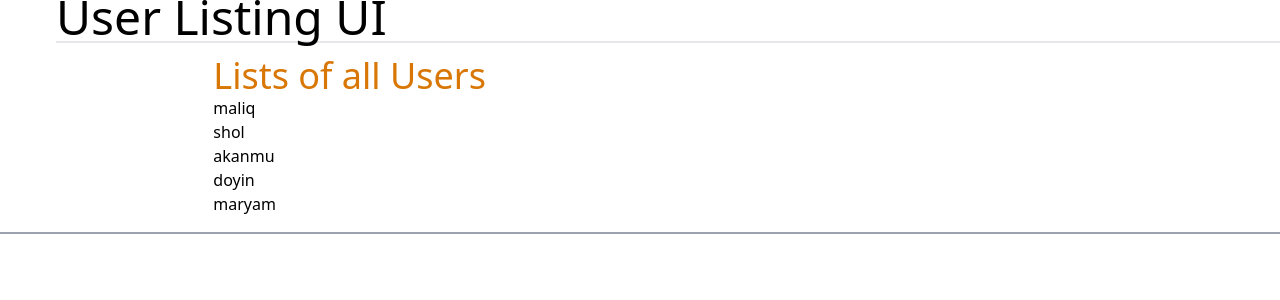
Repository: Marlstergo/listings
Page: / (app in client/)
These files come from the project's save history. The page is drawn as it stood at one moment and after the next save; the edit follows.
The browser window is 1280 px wide. The pictures show the whole page.
The project was rebuilt for these pictures with package versions that can differ from the ones it lists, and the page was loaded fresh each time. Also part of the build but not shown: client/craco.config.js, client/src/components/Loader.js, client/src/components/Order.js, client/src/components/Modal.js. Imported but missing from the stored project, and not drawn on this page: client/src/components/Base, client/src/components/Toppings.

Above is the page before, as saved 2021-07-20 23:37:48.

### client/src/index.js
/* eslint-disable no-unused-vars */
import React from "react";
import ReactDOM from "react-dom";
import "./index.css";
import App from "./App";
import reportWebVitals from "./reportWebVitals";
import { BrowserRouter } from "react-router-dom";
import { Provider } from "react-redux";
import { store } from "./redux/store";
import { PersistGate } from "redux-persist/integration/react";
import { persistor } from "./redux/store";

ReactDOM.render(
  <React.StrictMode>
    <Provider store={store}>
      <BrowserRouter>
        <PersistGate persistor={persistor}>
          <App />
        </PersistGate>
      </BrowserRouter>
    </Provider>
  </React.StrictMode>,
  document.getElementById("root")
);

// If you want to start measuring performance in your app, pass a function
// to log results (for example: reportWebVitals(console.log))
// or send to an analytics endpoint. Learn more: https://bit.ly/CRA-vitals
reportWebVitals();

### client/src/App.js
import React, { useState } from 'react';
import { Route, Switch, useLocation } from "react-router-dom";
import Header from './components/Header';
import Home from './components/Home';
import Base from './components/Base';
import Toppings from './components/Toppings';
import Order from './components/Order';
import Modal from './components/Modal';
import { AnimatePresence } from 'framer-motion';

function App() {
  const location = useLocation();
  const showModal = true;

  return (
    <>
      <Header />
      {/* <Modal showModal={showModal} /> */}
      <AnimatePresence exitBeforeEnter>
        <Switch location={location} key={location.key}>
          <Route path="/">
            <Home />
          </Route>
          <Route path="/createUpdateUser">
            <Toppings />
          </Route>
          <Route path="/order">
            <Order />
          </Route>
          <Route path="/">
            <Home />
          </Route>
        </Switch>
      </AnimatePresence>

    </>
  );
}

export default App;

### client/src/redux/store.js
import { createStore, applyMiddleware } from "redux";
import { logger } from 'redux-logger';
import {persistStore} from 'redux-persist';
// import thunk from 'redux-thunk'
import createSagaMiddleware from 'redux-saga'

import rootSaga from './root-sagas'

import rootReducer from './root-reducer';

const sagaMiddleware = createSagaMiddleware()

const middleware = [sagaMiddleware];

if( process.env.NODE_ENV === 'development'){
    middleware.push(logger)
}

export const store = createStore(rootReducer, applyMiddleware(...middleware))

sagaMiddleware.run(rootSaga)

export const persistor = persistStore(store)

export default (store, persistor);

### client/src/components/Header.js
import React from 'react';
import { motion } from 'framer-motion';

const svgVariants = {
  hidden: { rotate: -180 },
  visible: {
    rotate: 0,
    transition: { duration : 1 }
  },
}

const pathVariants = {
  hidden: {
    opacity: 0,
    pathLength: 0,
  },
  visible: {
    opacity: 1,
    pathLength: 1,
    transition: {
      duration: 2,
      ease: "easeInOut",
    }
  }
};


const Header = () => {
  return (
    <header className='flex p-[40px]  items-center'>
      <motion.div className="logo"
        drag
        dragConstraints={{ left: 0, top: 0, right: 0, bottom: 0 }}
        dragElastic={0.7}
      >
        <motion.svg className="w-14 overflow-visible" xmlns="http://www.w3.org/2000/svg" viewBox="0 0 100 100"
          variants={svgVariants}
          initial="hidden"
          animate="visible"
        >
          <motion.path
            fill="none"
            d="M40 40 L80 40 C80 40 80 80 40 80 C40 80 0 80 0 40 C0 40 0 0 40 0Z"
            variants={pathVariants}
          />
          <motion.path
            fill="none"
            d="M50 30 L50 -10 C50 -10 90 -10 90 30 Z"
            variants={pathVariants}
          />
        </motion.svg>
      </motion.div>
      <motion.div className=" flex-grow ml-[20px] text-xs"
        initial={{ y: -250}}
        animate={{ y: -10 }}
        transition={{ delay: 0.2, type: 'spring', stiffness: 120 }}
      >
        <h1 className="border-b-2 pb-[10px] text-5xl">User Listing UI</h1>
      </motion.div>
    </header>
  )
}

export default Header;

### client/src/components/Home.js
import React from "react";
import { Link } from "react-router-dom";
import { motion } from "framer-motion";
import Loader from "./Loader";



const containerVariants = {
  hidden: {
    opacity: 0,
  },
  visible: {
    opacity: 1,
    transition: { delay: 1.5, duration: 1.5 },
  },
  exit: {
    x: "-100vh",
    transition: { ease: "easeInOut" },
  },
};
const users = ["maliq", "shol", "akanmu", "doyin", "maryam"];
const Home = () => {
  return (
    <motion.div
      className="  pb-4 mb-4 border-b-2 border-gray-400 flex flex-col items-center"
      variants={containerVariants}
      initial="hidden"
      animate="visible"
      exit="exit"
    >
      <div className="w-2/3 ">
        <h1 className="text-yellow-600 text-4xl">Lists of all Users</h1>
        <ul className="pl-[15px]">
          {users.map(
            (user , idx) => (
              <li key={idx}>{user}</li>
            )
          )}

        </ul>
        {/* <table className="min-w-full divide-y divide-gray-200">
          <thead>
            <tr>
              <th className="px-6 py-3 bg-gray-50 text-left text-xs font-medium text-gray-500 uppercase tracking-wider">
                Transaction
              </th>
              <th className="px-6 py-3 bg-gray-50 text-right text-xs font-medium text-gray-500 uppercase tracking-wider">
                Amount
              </th>
              <th className="hidden px-6 py-3 bg-gray-50 text-left text-xs font-medium text-gray-500 uppercase tracking-wider md:block">
                Status
              </th>
              <th className="px-6 py-3 bg-gray-50 text-right text-xs font-medium text-gray-500 uppercase tracking-wider">
                Date
              </th>
            </tr>
          </thead>
        </table> */}
      </div>
    </motion.div>
  );
};

export default Home;

### client/src/redux/root-sagas.js
import {all, call} from 'redux-saga/effects'
import {userSagas} from './user/user.sagas'


export default function* rootSaga(){
    yield all([
        call(userSagas),
    ])
}

### client/src/redux/root-reducer.js
import {combineReducers} from 'redux'
import userReducer from './user/user.reducer'
// import cartReducer from './cart/cart.reducer'
import {persistReducer} from 'redux-persist'
import storage from 'redux-persist/lib/storage'
// import directoryReducer from './directory/directory.reducer'
// import shopReducer from './shop/shop.reducer'

const persistConfig ={
    key: 'root',
    storage,
    whitelist: ['' ]
}
const rootReducer = combineReducers({
    user: userReducer,

})
export default persistReducer(persistConfig, rootReducer)

### client/src/redux/user/user.sagas.js
import { all, call, put, takeLatest } from "redux-saga/effects";

import UserActionTypes from "./user.types";
import { loadUserDetail } from "./user.action";
// import axios from "axios";
// import { getUserDetailsURL } from "../../components/stringConstants";

export function* getDetails() {
  yield console.log("i fired");

  // try {
  //   console.log("inside try");

  //   const res = yield axios.get(getUserDetailsURL);
  //   const data = yield res.data;
  //   console.log(res);
  //   yield put(loadUserDetail(data ? data.data[0] : {}));
  // } catch (err) {
  //   console.log(err.response);
  //   if (err.response && err.response.statusText === "Not Found") {
  //     // console.log("");
  //     window.location.href = "/profile/settings?newUser=0837";
  //   }
  // }
}

export function* getUserDetails() {
  yield takeLatest(UserActionTypes.GET_USER_DETAIL, getDetails);
}
// export function* loadUserDetails(){
//     yield takeLatest(UserActionTypes.LOAD_USER_DETAIL, loadDetails)
// }

export function* userSagas() {
  yield all([call(getUserDetails)]);
}

### client/src/redux/user/user.reducer.js
import UserActionTypes from "./user.types";
const INITIAL_STATE = {
  // currentUser: null,
  userDetail: {},
  demo: 'i am demo',
  location: null

};
const userReducer = (state = INITIAL_STATE, action) => {
  switch (action.type) {

    case UserActionTypes.LOAD_USER_DETAIL:
      return {
        ...state,
        userDetail: action.payload,
      };

    case UserActionTypes.COLLECT_GEOLOCATION:
      return {
        ...state,
        location: action.payload
      }
    default:
      return state;
  }
};

export default userReducer;

### client/src/redux/user/user.types.js
const UserActionTypes ={
    GOOGLE_SIGN_IN_START : 'GOOGLE_SIGN_IN_START',
    SIGN_IN_SUCCESS : 'SIGN_IN_SUCCESS',
    SIGN_IN_FAILURE : 'SIGN_IN_FAILURE',
    GET_USER_DETAIL: 'GET_USER_DETAIL',
    LOAD_USER_DETAIL: 'LOAD_USER_DETAIL',
    COLLECT_GEOLOCATION: 'COLLECT_GEOLOCATION',
    FETCH_GEOLOCATION: 'FETCH_GEOLOCATION'
}
export default UserActionTypes;

### client/src/redux/user/user.action.js
import UserActionTypes from './user.types'



// export const googleSignInStart = () => ({
//     type: UserActionTypes.GOOGLE_SIGN_IN_START
// })

// export const signInSuccess = (user) => ({
//     type: UserActionTypes.SIGN_IN_SUCCESS,
//     payload: user
// })

export const getUserDetail = () => ({
    type: UserActionTypes.GET_USER_DETAIL,

})
export const loadUserDetail = (details) => ({
    type: UserActionTypes.LOAD_USER_DETAIL,
    payload: details
})

export const fetchGeoloction = () => ({
    type: UserActionTypes.FETCH_GEOLOCATION
})
export const collectGeolocation = (location) => ({
    type: UserActionTypes.COLLECT_GEOLOCATION,
    payload: location
})
// })

### client/tailwind.config.js
  // tailwind.config.js
  module.exports = {
    // mode:'jit',
    purge: ['./src/**/*.{js,jsx,ts,tsx}', './public/index.html'],
     darkMode: false, // or 'media' or 'class'
     theme: {
       extend: {},
     },
     variants: {
       extend: {},
     },
     plugins: [],
   }

Loaded but not shown: client/public/index.html (common file); client/src/index.css (common file); client/src/reportWebVitals.js (common file)

After the next save:
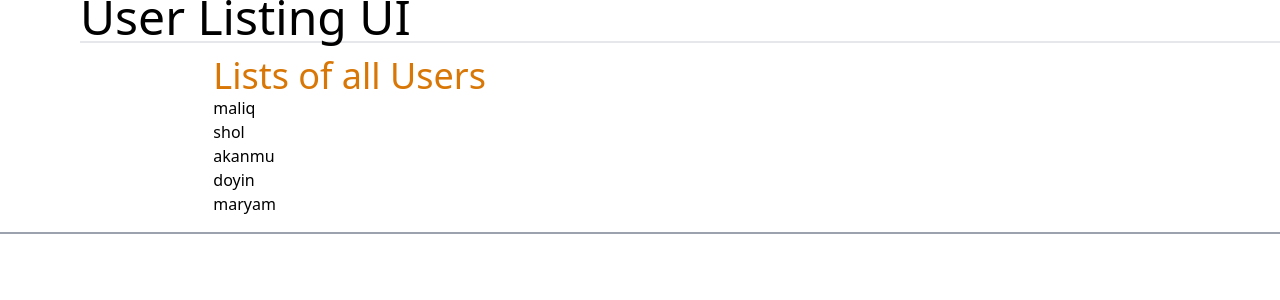
Saved 8 s later.
--- a/client/src/components/Header.js
+++ b/client/src/components/Header.js
@@ -50,7 +50,7 @@ const Header = () => {
           />
         </motion.svg>
       </motion.div>
-      <motion.div className=" flex-grow ml-[20px] text-xs"
+      <motion.div className=" flex-grow ml-6 text-xs"
         initial={{ y: -250}}
         animate={{ y: -10 }}
         transition={{ delay: 0.2, type: 'spring', stiffness: 120 }}
